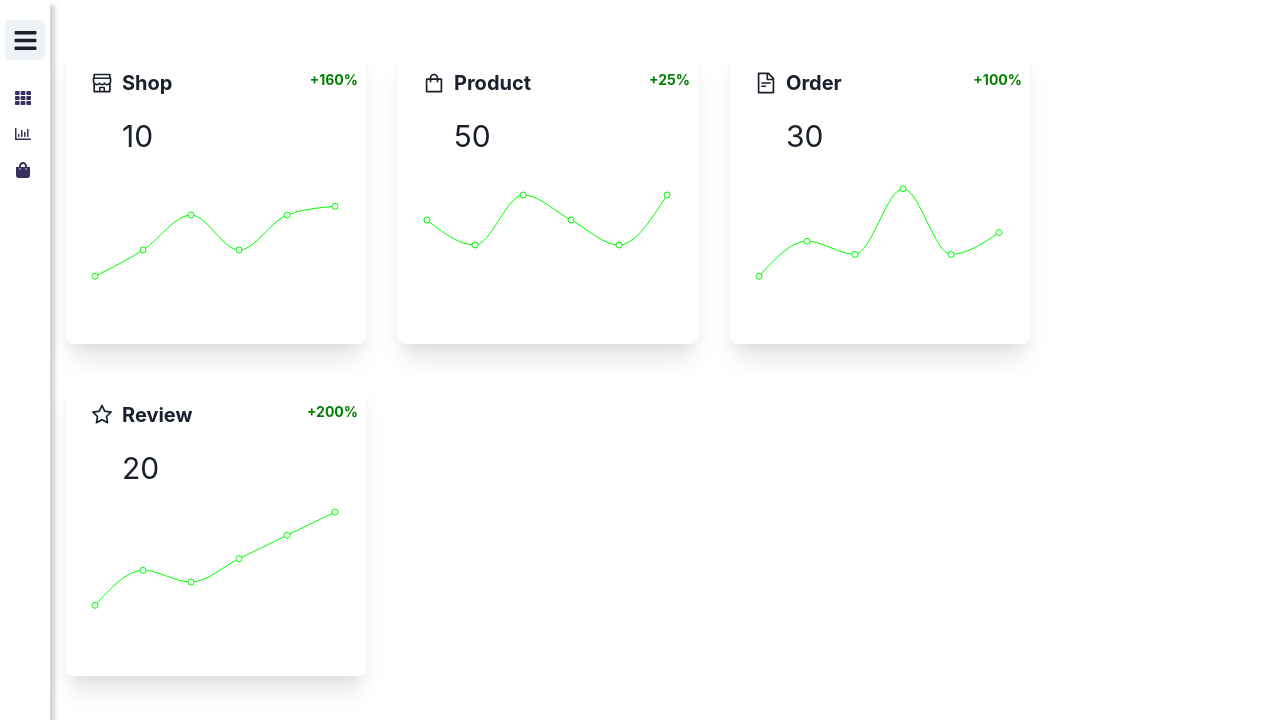
Repository: Andarg01/chakra-dashboard
Page: /analytics
The author's editor kept a copy of each file at every save. The page is drawn from the files as they stood at one save, then again after the next save.
The browser window is 1280 px wide. The pictures show the whole page.
The project was rebuilt for these pictures with package versions that can differ from the ones it lists, and the page was loaded fresh each time. Also part of the build but not shown: src/components/ProductModal.tsx, src/components/ProductTable.tsx, src/pages/ProductList.tsx, src/components/Dashboard.tsx.

Above is the page before, as saved 2024-03-12 06:54:44.

After the next save:
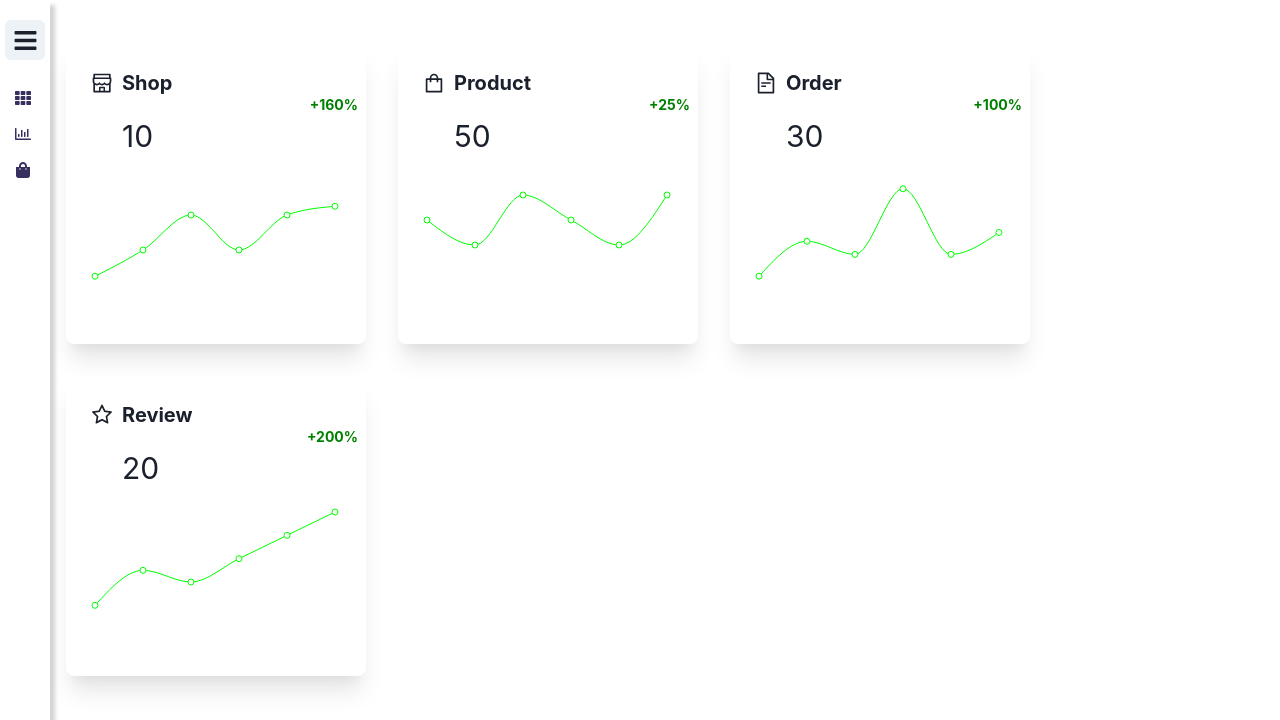
Saved 16 s later.
--- a/src/pages/Analytics.tsx
+++ b/src/pages/Analytics.tsx
@@ -54,7 +54,7 @@ const AnalyticsCard: React.FC<AnalyticsCardProps> = ({ title, value, data, icon
       </Flex>
       <Box
         position="absolute"
-        top="25px"
+        top="50px"
         right="8px"
         fontSize="sm"
         fontWeight="bold"
